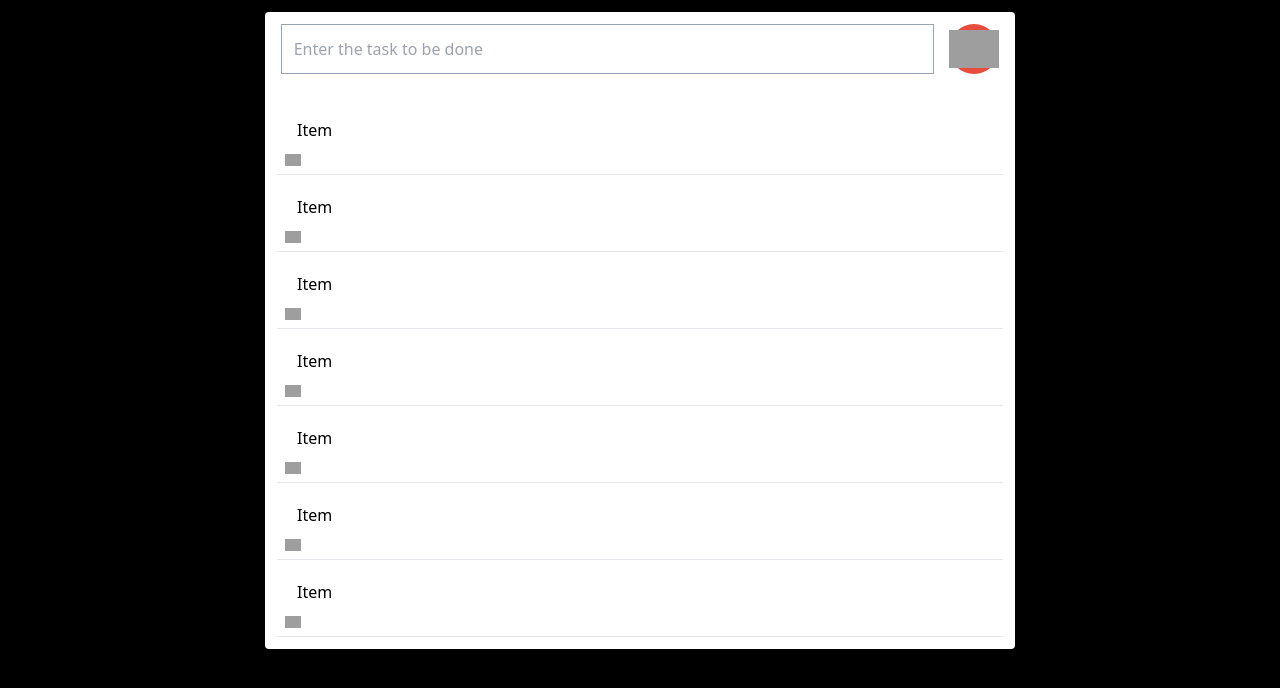
Repository: duttasayan835/todo-app-with-React-and-tailwind-CSS
Page: /, after clicking the first element matching `div.cursor-pointer`
An editor plug-in stored every save of this project. The page is shown before and after the next save, followed by the edit.
The browser window is 1280 px wide. The pictures show the whole page.
Pictures or frames that could not be fetched are drawn as grey boxes. The project was rebuilt for these pictures with package versions that can differ from the ones it lists, and the page was loaded fresh each time.

Above is the page before, as saved 2024-06-12 13:06:21.

After the next save:
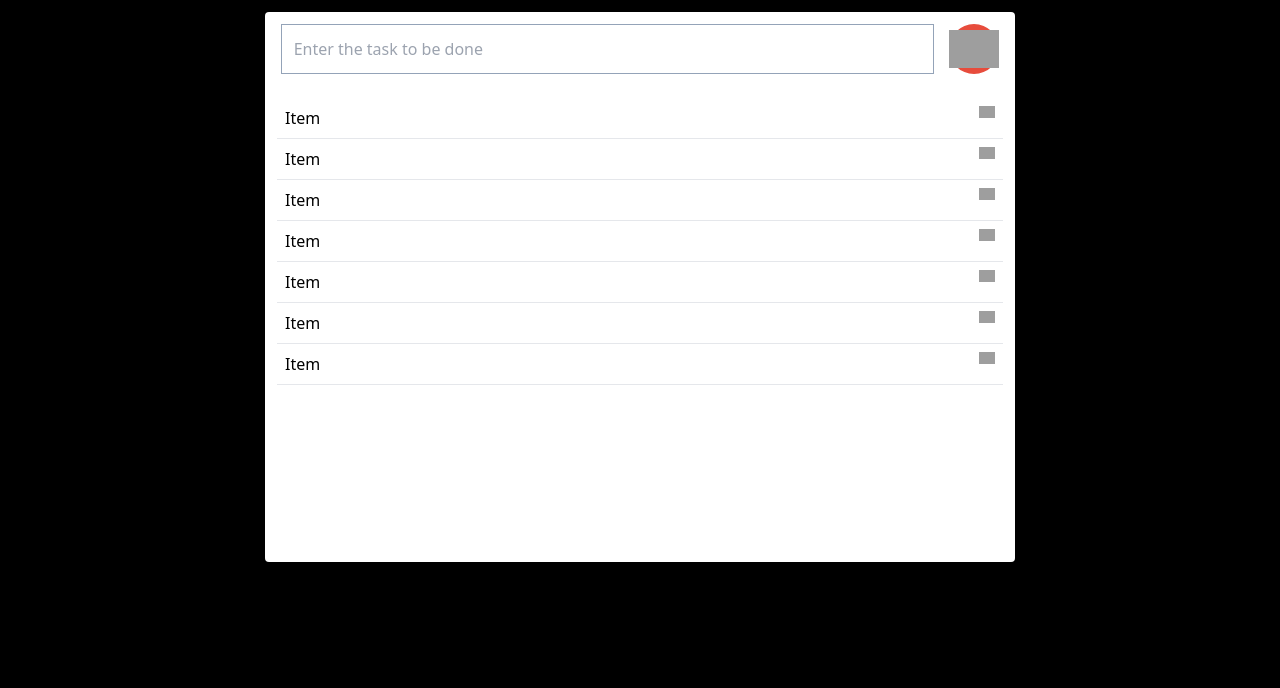
Saved 83 s later.
--- a/src/Components/Item.jsx
+++ b/src/Components/Item.jsx
@@ -2,8 +2,8 @@ import React from "react";
 
 export default function Item() {
   return (
-    <div className="w-full p-2 border-b">
-      <div className="flex justify-between p-3  border-3">
+    <div className="flex justify-between w-full p-2 border-b">
+      <div className="">
         <span>Item</span>
       </div>
       <div>
